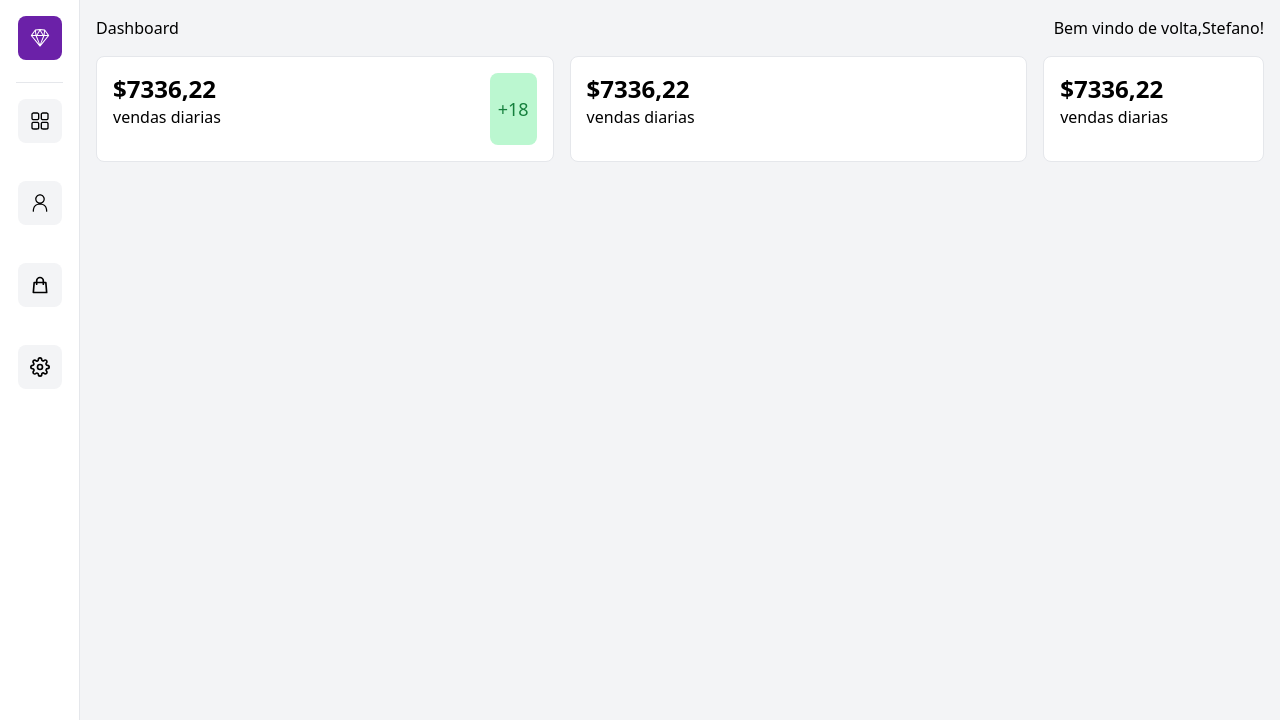
Repository: stefanosousaa/dashboard-next13
Page: /
An editor plug-in stored every save of this project. The page is shown before and after the next save, followed by the edit.
The browser window is 1280 px wide. The pictures show the whole page.
The project was rebuilt for these pictures with package versions that can differ from the ones it lists, and the page was loaded fresh each time. The framework's server and built-in components were replaced by stand-ins that run in the browser. Also part of the build but not shown: next.config.js.

Above is the page before, as saved 2023-05-13 15:40:37.

### pages/_app.js
import Sidebar from '@/components/Sidebar'
import '@/styles/globals.css'

export default function App({ Component, pageProps }) {
  return (
    <Sidebar>
        <Component {...pageProps} />
    </Sidebar>

  )
}

### pages/index.js
import TopCards from '@/components/TopCards';
import Header from '../components/Header';
import Head from 'next/head';
import Image from 'next/image';

export default function Home() {
  return (
    <>
      <Head>
        <title>Create Next App</title>
        <meta name="description" content="Generated by create next app" />
        <meta name="viewport" content="width=device-width, initial-scale=1" />
        <link rel="icon" href="/favicon.ico" />
      </Head>

      <main className='bg-gray-100 min-h-screen'>
        <Header/>
        <TopCards/>
      </main>

    </>
  );
};

### components/Sidebar.jsx
import Link from 'next/link'
import Image from 'next/image'
import React from 'react'
import {RxSketchLogo,RxDashboard, RxPerson} from 'react-icons/rx'
import {FiSettings} from 'react-icons/fi'
import {HiOutlineShoppingBag} from 'react-icons/hi'

const Sidebar = ({children}) => {
  return (
    <div className='flex'>
        <div className='fixed w-20 h-screen p-4 bg-white border-r-[1px] flex flex-col justify-between'>
        <div className='flex flex-col items-center'>

          <Link href='/'>
            <div className='bg-purple-800 text-white p-3 rounded-lg inline-block'>
              <RxSketchLogo size={20}/>
            </div>
          </Link>
          <span className='border-b-[1px] border-gray-200 w-full p-2'></span>
          <Link href='/'>
            <div className='bg-gray-100 hover:bg-gray-200 cursor-pointer my-4 p-3 rounded-lg inline-block'>
              <RxDashboard size={20}/>
            </div>
          </Link>
          <Link href='/costumerd'>
            <div className='bg-gray-100 hover:bg-gray-200 cursor-pointer my-4 p-3 rounded-lg inline-block'>
              <RxPerson size={20}/>
            </div>
          </Link>
          <Link href='/orders'>
            <div className='bg-gray-100 hover:bg-gray-200 cursor-pointer my-4 p-3 rounded-lg inline-block'>
              <HiOutlineShoppingBag size={20}/>
            </div>
          </Link>
          <Link href='/'>
            <div className='bg-gray-100 hover:bg-gray-200 cursor-pointer my-4 p-3 rounded-lg inline-block'>
              <FiSettings size={20}/>
            </div>
          </Link>
        </div>
        </div>

        <main className='ml-20 w-full'>{children}</main>
    </div>
  )
}

export default Sidebar

### components/TopCards.jsx
import React from 'react'

const TopCards = () => {
  return (
    <div className='grid lg:grid-cols-5 gap-4 p-4'>
        <div className='lg:col-span-2 col-span-1 bg-white flex justify-between w-full border p-4 rounded-lg'>
           <div className='flex flex-col w-full pb-4'>
            <p className='text-2xl font-bold'>$7336,22</p>
            <p>vendas diarias</p>
        </div>
            <p className='bg-green-200 flex justify-center items-center p-2 rounded-lg'>
                <span className='text-green-700 text-lg'>+18</span>
            </p>
        </div>
        <div className='lg:col-span-2 col-span-1 bg-white flex justify-between w-full border p-4 rounded-lg'>
           <div className='flex flex-col w-full pb-4'>
           <p className='text-2xl font-bold'>$7336,22</p>
            <p>vendas diarias</p>
           </div>
        </div>
        <div className='bg-white flex justify-between w-full border p-4 rounded-lg'>
           <div className='flex flex-col w-full pb-4'>
           <p className='text-2xl font-bold'>$7336,22</p>
            <p>vendas diarias</p>
           </div>
        </div>
    </div>
  )
}

export default TopCards

### components/Header.jsx
import React from 'react'

const Header = () => {
  return (
    <div className='flex justify-between px-4 pt-4'>
        <h2>Dashboard</h2>
        <h2>Bem vindo de volta,Stefano!</h2>
    </div>
  )
}

export default Header

Loaded but not shown: pages/_document.js (common file); styles/globals.css (common file); tailwind.config.js (common file)

After the next save:
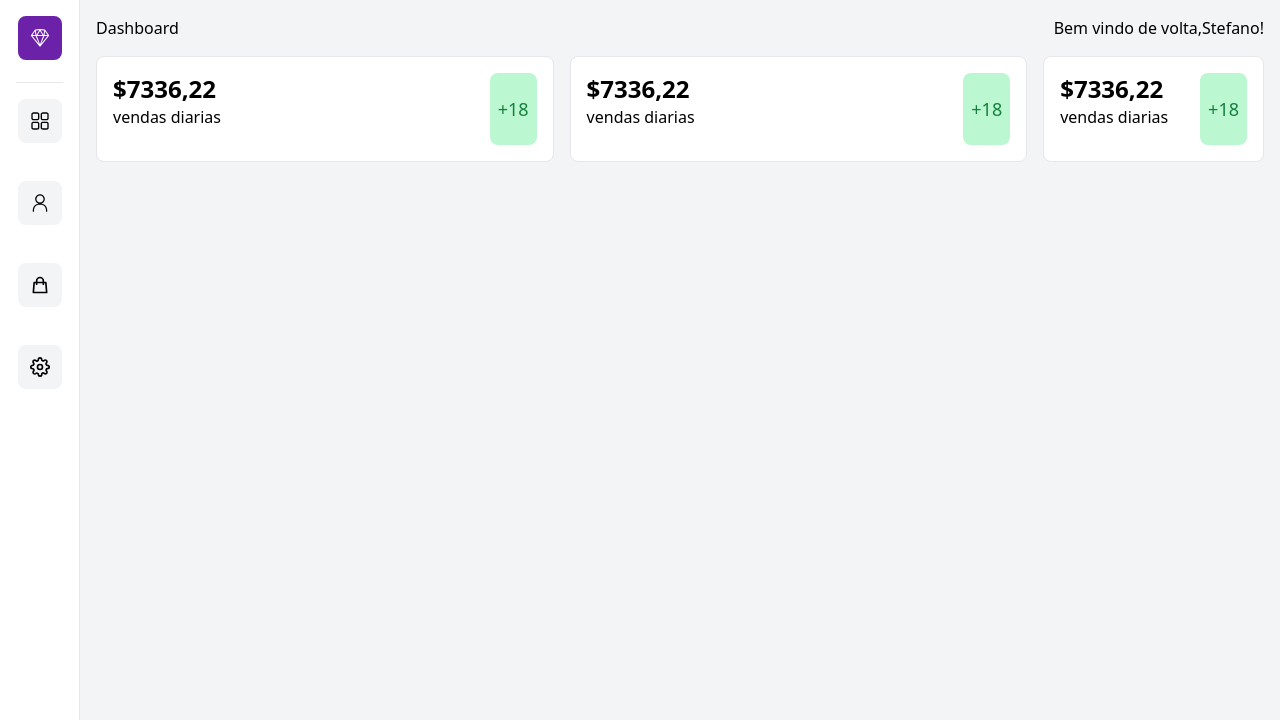
Saved 69 s later.
--- a/components/TopCards.jsx
+++ b/components/TopCards.jsx
@@ -17,12 +17,18 @@ const TopCards = () => {
            <p className='text-2xl font-bold'>$7336,22</p>
             <p>vendas diarias</p>
            </div>
+           <p className='bg-green-200 flex justify-center items-center p-2 rounded-lg'>
+                <span className='text-green-700 text-lg'>+18</span>
+            </p>
         </div>
         <div className='bg-white flex justify-between w-full border p-4 rounded-lg'>
            <div className='flex flex-col w-full pb-4'>
            <p className='text-2xl font-bold'>$7336,22</p>
             <p>vendas diarias</p>
            </div>
+           <p className='bg-green-200 flex justify-center items-center p-2 rounded-lg'>
+                <span className='text-green-700 text-lg'>+18</span>
+            </p>
         </div>
     </div>
   )
